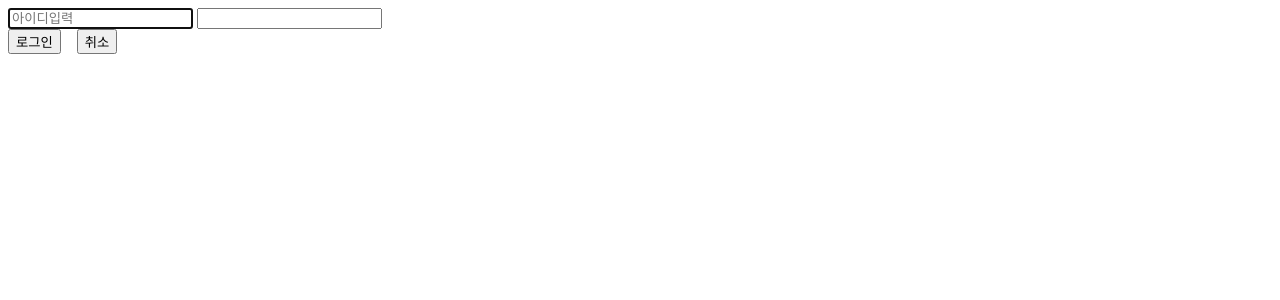
Repository: Rua1006/JSP
Page: practice01/WebContent/loginForm.html
An editor plug-in stored every save of this project. The page is shown before and after the next save, followed by the edit.
The browser window is 1280 px wide. The pictures show the whole page.

Above is the page before, as saved 2022-10-17 09:19:12.

After the next save:
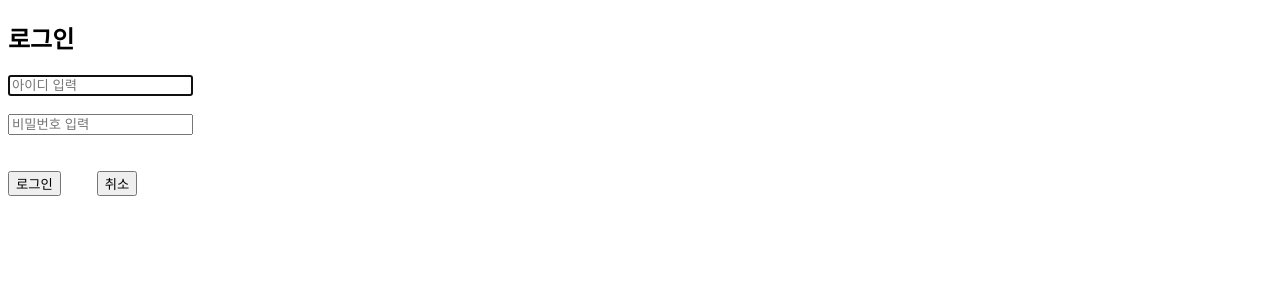
Saved 30 s later.
--- a/practice01/WebContent/loginForm.html
+++ b/practice01/WebContent/loginForm.html
@@ -2,14 +2,16 @@
 <html>
 <head>
 <meta charset="UTF-8">
-<title>로그인</title>
+<title>로그인 폼</title>
 </head>
 <body>
+	<h2>로그인</h2>
 	<form name="loginForm" action="test05.jsp" method="post">
-		<input type="text" name="id" id="id" placeholder="아이디입력" autofocus>
-		<input type="password" name="pw" id="pw" palceholder="비밀번호입력">
+		<input type="text" name="id" id="id" placeholder="아이디 입력" autofocus required><br><br>
+		<input type="password" name="pw" id="pw" placeholder="비밀번호 입력" required><br><br>
 		<br>
-		<input type="submit" value="로그인">&nbsp;&nbsp;&nbsp;
+		<input type="submit" value="로그인">
+		&nbsp; &nbsp; &nbsp; &nbsp;
 		<input type="reset" value="취소">
 	</form>
 </body>
